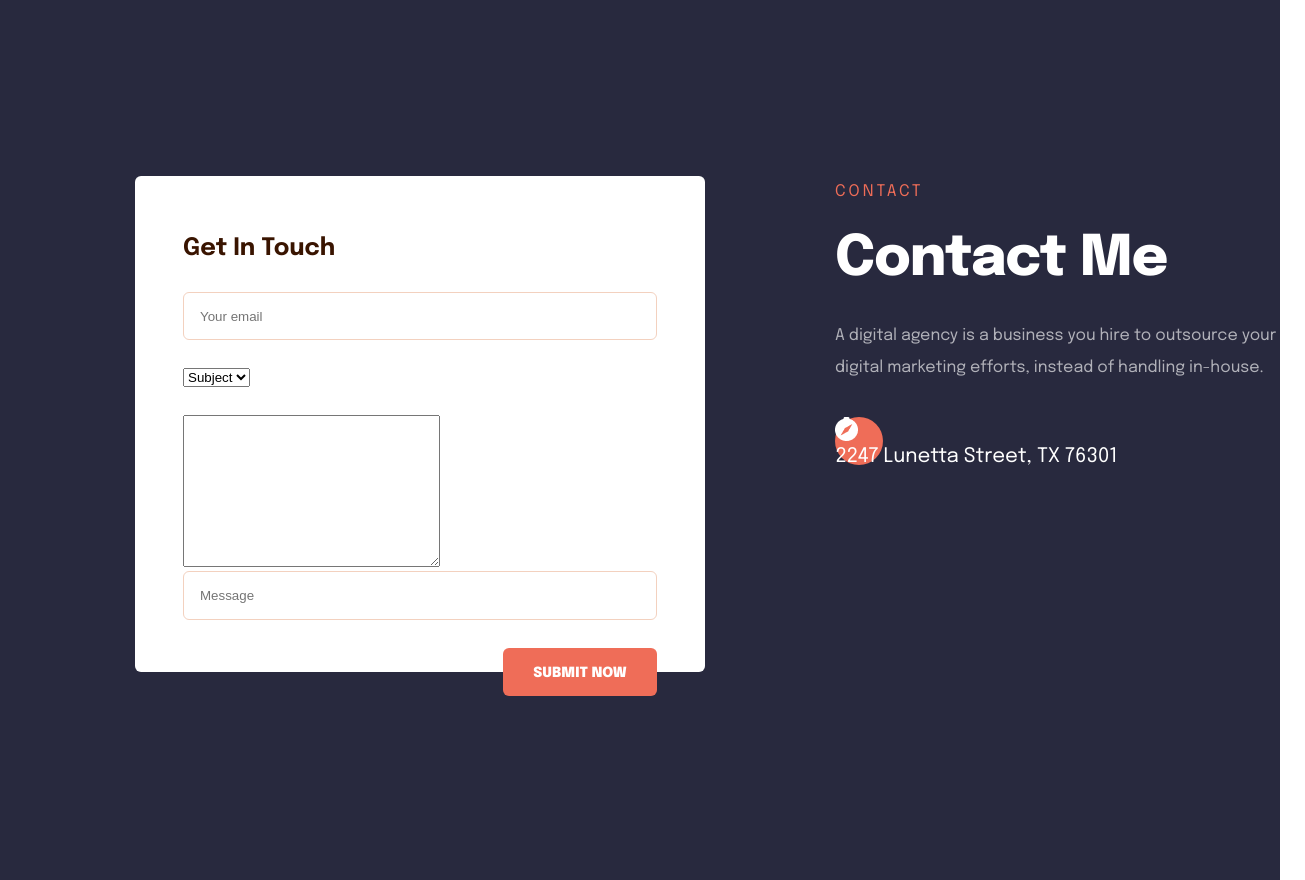
Repository: simralgasimov/contact-me
Page: index.html
These files come from the project's save history. The page is drawn as it stood at one moment and after a run of saves; the edit follows.
The browser window is 1280 px wide. The page is 1305 px wide, so the pictures cover 1305 px, including what lies to the right of the window. The pictures show the whole page.

Above is the page before, as saved 2023-10-04 13:27:17.

After the next 2 saves:
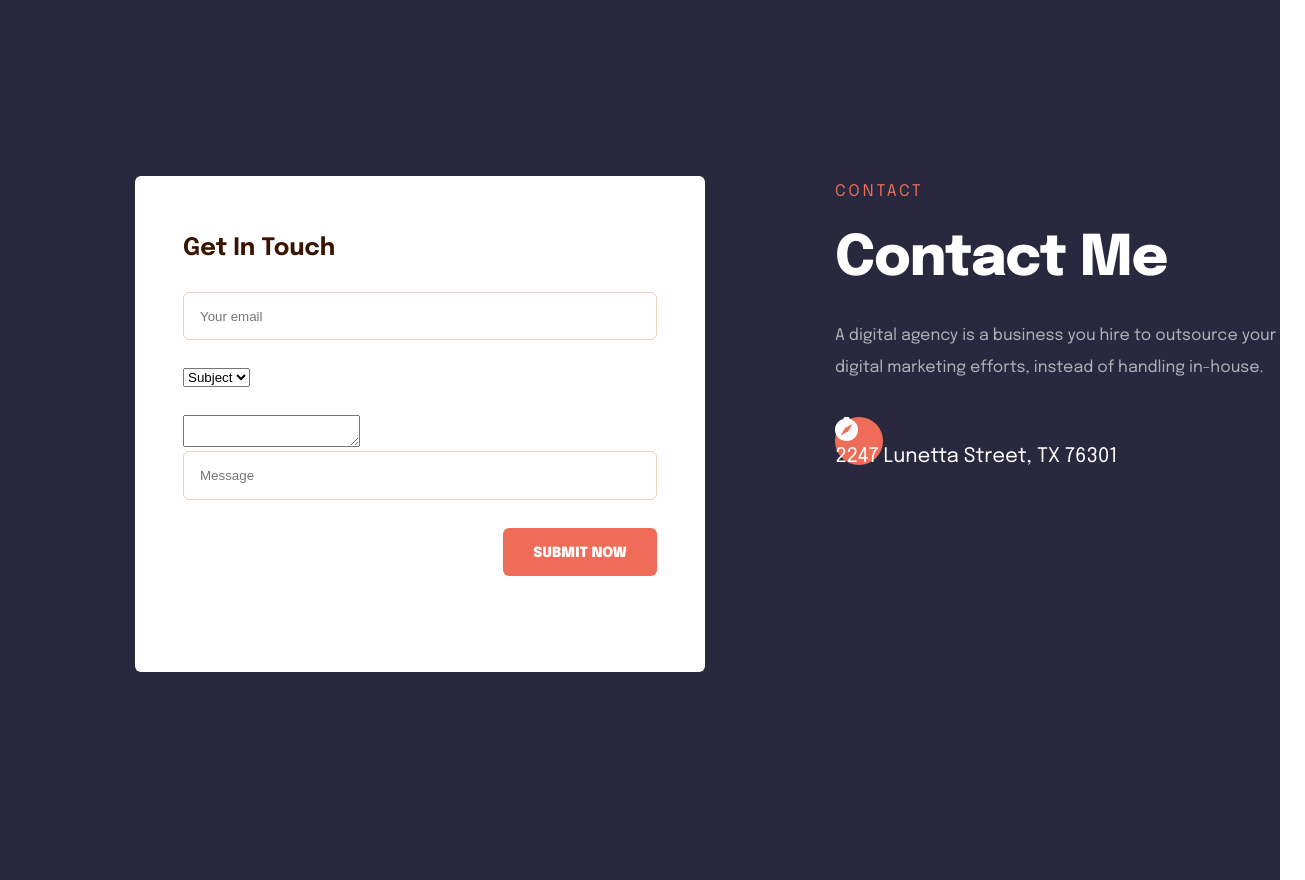
The 2 saves are shown as one change because they came seconds apart.
The last was saved 5 s later.
--- a/index.html
+++ b/index.html
@@ -23,7 +23,7 @@
           </label>
 
           <label for="">
-            <textarea name="" id="" cols="30" rows="10"></textarea>
+            <textarea name="" id=""></textarea>
             <input type="textarea" name="" id="" placeholder="Message" />
           </label>
           <button><a href="">Submit Now</a></button>
